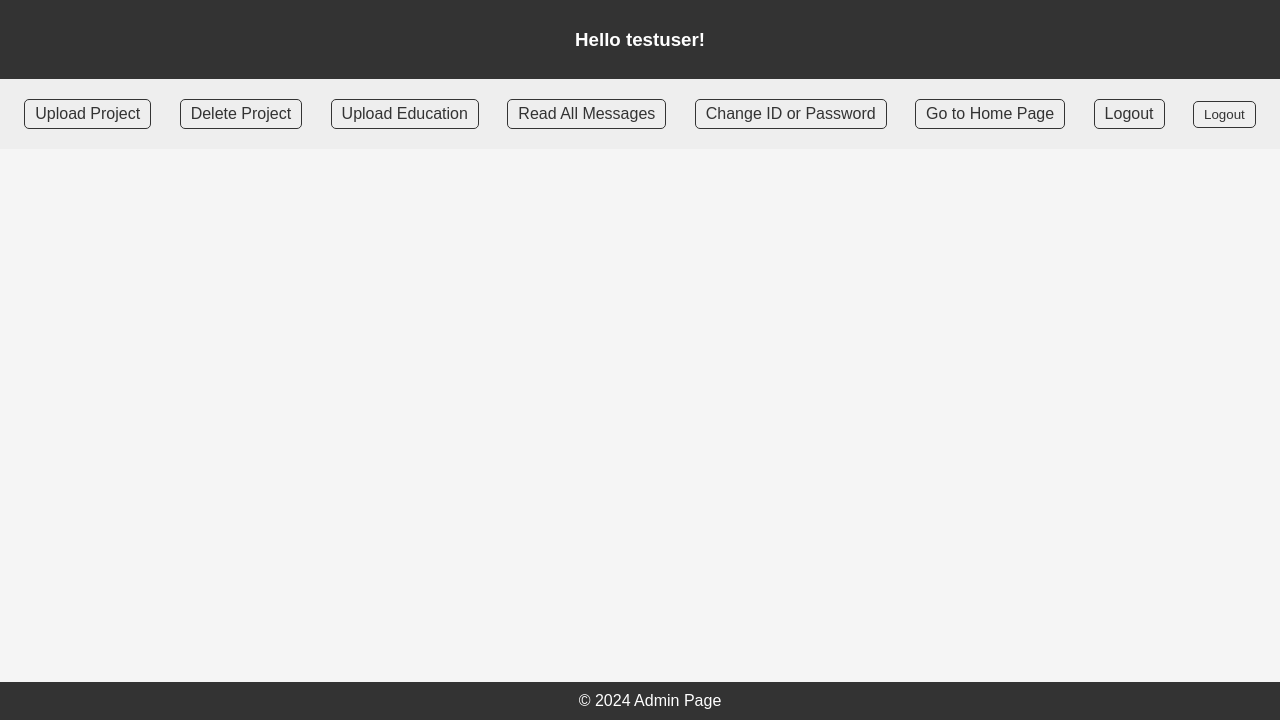
Repository: HAIDAR123654/CodeHuntMvcProject
Page: http://localhost/myportfolio/admin.jsp
An editor plug-in stored every save of this project. The page is shown before and after the next save, followed by the edit.
The browser window is 1280 px wide. The pictures show the whole page.
The page is served by Tomcat 9. The session is filled in as if someone had signed in: {"username": "testuser", "login": "testuser"}. Other server files are loaded and not shown.

Above is the page before, as saved 2024-01-26 14:44:51.

### myportfolio/src/main/webapp/admin.jsp
<%
   String data = (String)session.getAttribute("login");
  if(data==null){
	  response.sendRedirect("adminauth.jsp");
	  return;
  }
%>

<%@ page language="java" contentType="text/html; charset=ISO-8859-1"
    pageEncoding="ISO-8859-1"%>
<!DOCTYPE html>
<html lang="en">

<head>
    <meta charset="UTF-8">
    <meta name="viewport" content="width=device-width, initial-scale=1.0">
    <title>Admin Page</title>
    <style>
        body {
            font-family: 'Arial', sans-serif;
            margin: 0;
            padding: 0;
            background-color: #f5f5f5;
            color: #333;
        }

        header {
            background-color: #333;
            color: #fff;
            padding: 10px;
            text-align: center;
        }

        nav {
            background-color: #eee;
            padding: 10px;
            display: flex;
            justify-content: space-around;
            align-items: center;
            flex-wrap: wrap;
        }

        nav a , button{
            text-decoration: none;
            color: #333;
            margin: 10px;
            padding: 5px 10px;
            border: 1px solid #333;
            border-radius: 5px;
            transition: background-color 0.3s;
        }

        nav a:hover {
            background-color: #333;
            color: #fff;
        }

        section {
            padding: 20px;
        }

        footer {
            background-color: #333;
            color: #fff;
            text-align: center;
            padding: 10px;
            position: fixed;
            bottom: 0;
            width: 100%;
        }
    </style>
</head>

<body>
    <header>
       <%@include file="messageprint.jsp" %>
	   <%
	   String user = (String)session.getAttribute("login");
	   %>
      <h3>Hello <%=user %>!</h3>
    </header>

    <nav>
        <a href="uploadproject.jsp">Upload Project</a>
        <a href="deleteproject.jsp">Delete Project</a>
        <a href="uploadedu.jsp">Upload Education</a>
        <a href="read-message.jsp">Read All Messages</a>
        <a href="change.jsp">Change ID or Password</a>
        <a href="index.jsp">Go to Home Page</a>
        <a href="#">Logout</a>

        <form action="Logout" method="post">
           <button>Logout</button>
        </form>
    </nav>

    <section>
        <!-- Content Goes Here -->
    </section>

    <footer>
        &copy; 2024 Admin Page
    </footer>
</body>

</html>

### myportfolio/src/main/webapp/messageprint.jsp
<%
String message = (String)session.getAttribute("msg");
if(message != null)
{
%>
<h4 style="text-align: center; color: red;"><%=message%></h4>
<%
}
session.removeAttribute("msg");
%>

After the next save:
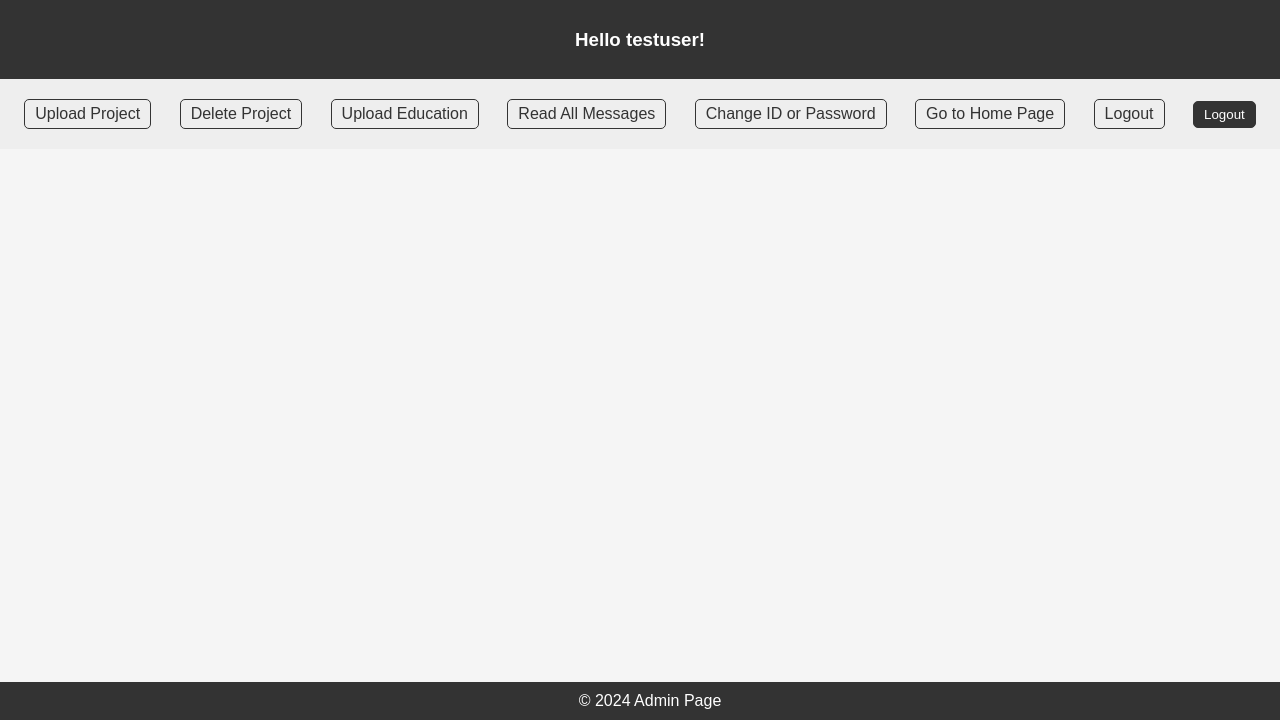
Saved 46 s later.
--- a/myportfolio/src/main/webapp/admin.jsp
+++ b/myportfolio/src/main/webapp/admin.jsp
@@ -50,7 +50,7 @@
             transition: background-color 0.3s;
         }
 
-        nav a:hover {
+        nav a:hover , button{
             background-color: #333;
             color: #fff;
         }
